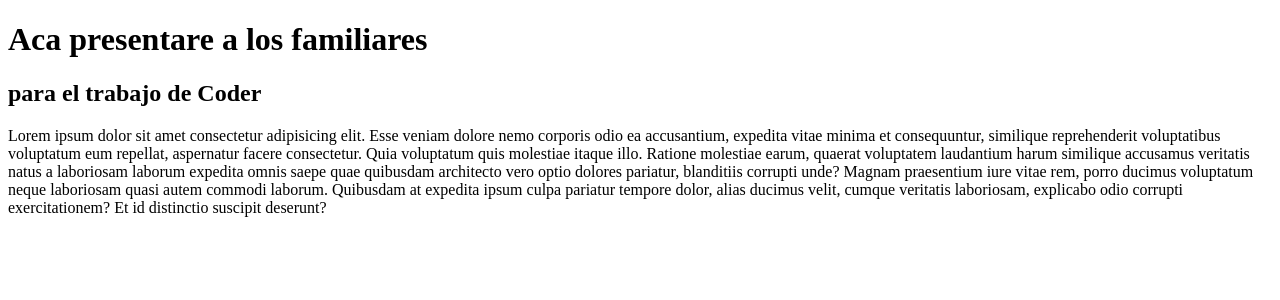
Repository: gadiazsaavedra/Familiares
Page: Familiares/Familiares/plantillas/template1.html
These files come from the project's save history. The page is drawn as it stood at one moment and after the next save; the edit follows.
The browser window is 1280 px wide. The pictures show the whole page.

Above is the page before, as saved 2021-12-07 16:34:40.

### Familiares/Familiares/plantillas/template1.html
<!DOCTYPE html>
<html lang="en">
<head>
    <meta charset="UTF-8">
    <meta http-equiv="X-UA-Compatible" content="IE=edge">
    <meta name="viewport" content="width=device-width, initial-scale=1.0">
    <title>Familia</title>
</head>
<body>
    <h1 style="font: size 20px; color:">Aca presentare a los familiares</h1>
    <h2>para el trabajo de Coder</h2>
    <p>Lorem ipsum dolor sit amet consectetur adipisicing elit. Esse veniam dolore nemo corporis odio ea accusantium, expedita vitae minima et consequuntur, similique reprehenderit voluptatibus voluptatum eum repellat, aspernatur facere consectetur. Quia voluptatum quis molestiae itaque illo. Ratione molestiae earum, quaerat voluptatem laudantium harum similique accusamus veritatis natus a laboriosam laborum expedita omnis saepe quae quibusdam architecto vero optio dolores pariatur, blanditiis corrupti unde? Magnam praesentium iure vitae rem, porro ducimus voluptatum neque laboriosam quasi autem commodi laborum. Quibusdam at expedita ipsum culpa pariatur tempore dolor, alias ducimus velit, cumque veritatis laboriosam, explicabo odio corrupti exercitationem? Et id distinctio suscipit deserunt?</p>
</body>
</html>

After the next save:
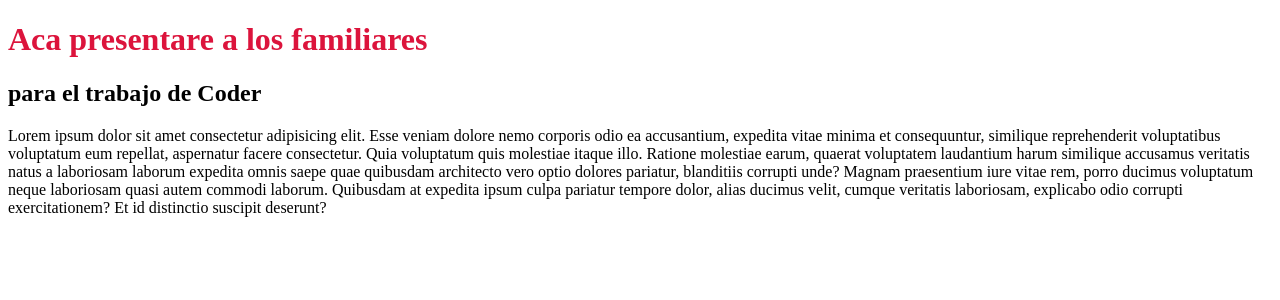
Saved 7 s later.
--- a/Familiares/Familiares/plantillas/template1.html
+++ b/Familiares/Familiares/plantillas/template1.html
@@ -7,7 +7,7 @@
     <title>Familia</title>
 </head>
 <body>
-    <h1 style="font: size 20px; color:">Aca presentare a los familiares</h1>
+    <h1 style="font: size 20px; color:crimson">Aca presentare a los familiares</h1>
     <h2>para el trabajo de Coder</h2>
     <p>Lorem ipsum dolor sit amet consectetur adipisicing elit. Esse veniam dolore nemo corporis odio ea accusantium, expedita vitae minima et consequuntur, similique reprehenderit voluptatibus voluptatum eum repellat, aspernatur facere consectetur. Quia voluptatum quis molestiae itaque illo. Ratione molestiae earum, quaerat voluptatem laudantium harum similique accusamus veritatis natus a laboriosam laborum expedita omnis saepe quae quibusdam architecto vero optio dolores pariatur, blanditiis corrupti unde? Magnam praesentium iure vitae rem, porro ducimus voluptatum neque laboriosam quasi autem commodi laborum. Quibusdam at expedita ipsum culpa pariatur tempore dolor, alias ducimus velit, cumque veritatis laboriosam, explicabo odio corrupti exercitationem? Et id distinctio suscipit deserunt?</p>
 </body>
